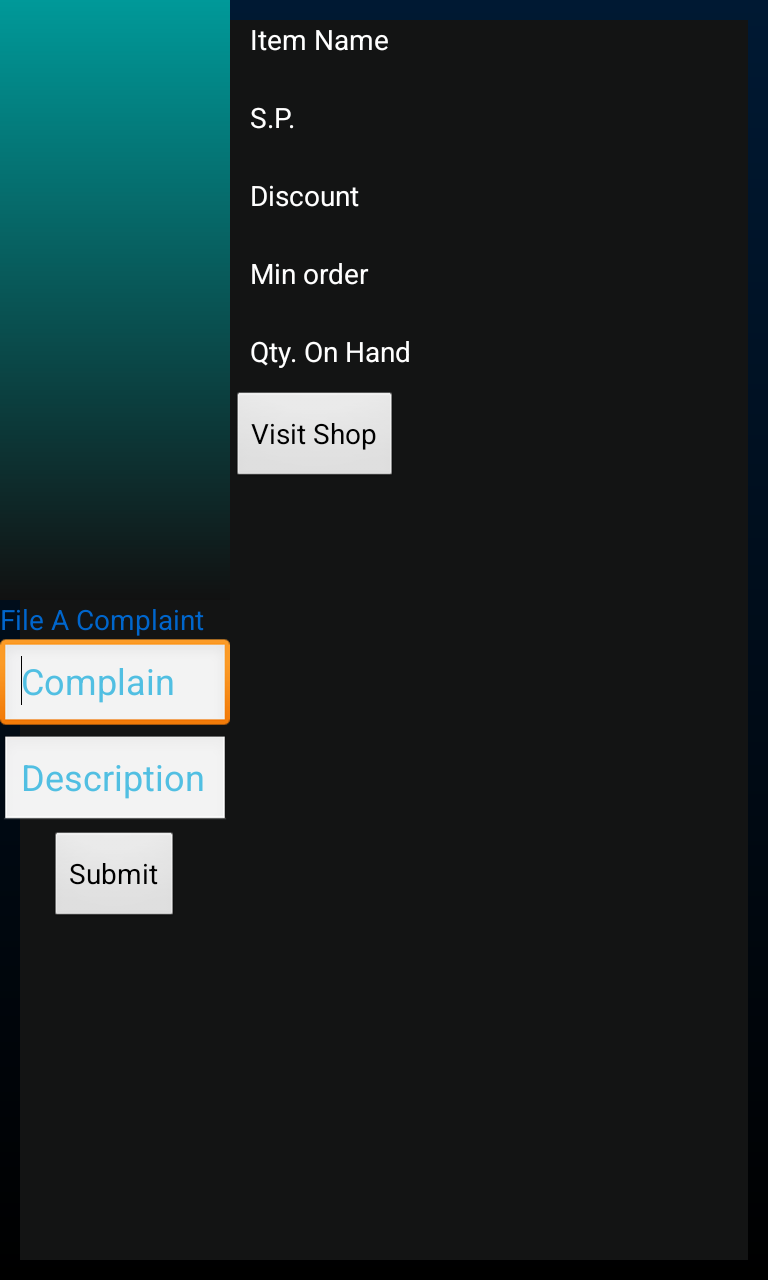
Repository: jasleen1291/B2BMobileApplication
Layout: Mobile E Commerce/B2B/res/layout/item.xml
These files come from the project's save history. The layout is drawn as it stood at one moment and after the next save; the edit follows.
It is drawn on a 768 x 1280 px phone screen (xhdpi) without system bars, with theme mycustomtheme; the app's code is not run.

Above is the layout before, as saved 2013-05-27 21:23:57.

After the next save:
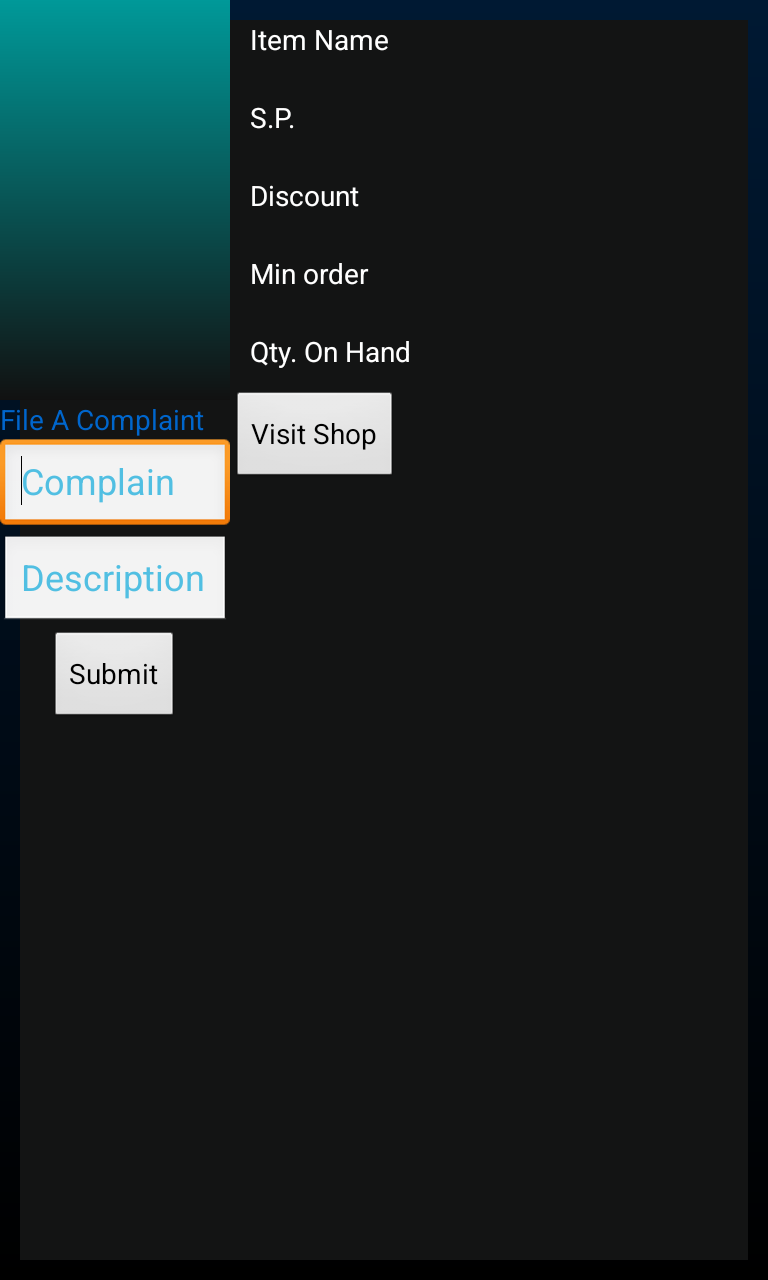
Saved 65 s later.
--- a/Mobile E Commerce/B2B/res/layout/item.xml
+++ b/Mobile E Commerce/B2B/res/layout/item.xml
@@ -13,7 +13,7 @@
         <ImageView
             android:id="@+id/imageView1"
             android:layout_width="match_parent"
-            android:layout_height="300dp"
+            android:layout_height="200dp"
             android:contentDescription="@string/action_forgot_password"
             android:src="@drawable/listlevel1" />
 
